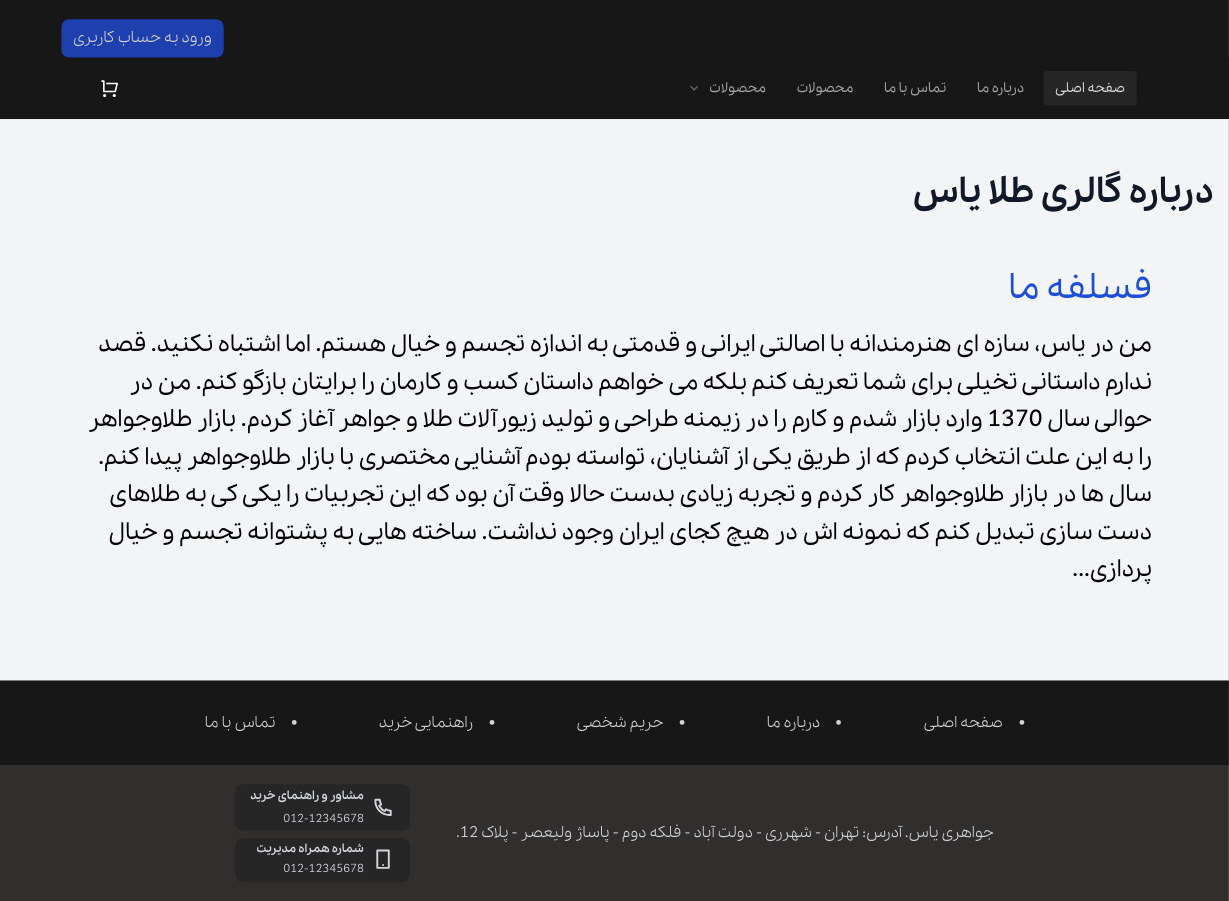
Repository: aliakbarmotallebi/yasgoldgallery-ui
Page: /about
The author's editor kept a copy of each file at every save. The page is drawn from the files as they stood at one save, then again after the next save.
The browser window is 1280 px wide. The pictures show the whole page, at 96% of full size.
The project was rebuilt for these pictures with package versions that can differ from the ones it lists, and the page was loaded fresh each time. Also part of the build but not shown: src/components/Brands.jsx, src/components/GridImages.js, src/components/SpecialComments.jsx, src/components/CardProduct.jsx, src/components/SpecialProducts.jsx, src/components/SuggestedProducts.jsx, src/pages/HomePage.jsx, src/pages/NotFound.jsx and 4 more.

Above is the page before, as saved 2023-01-16 12:15:09.

After the next save:
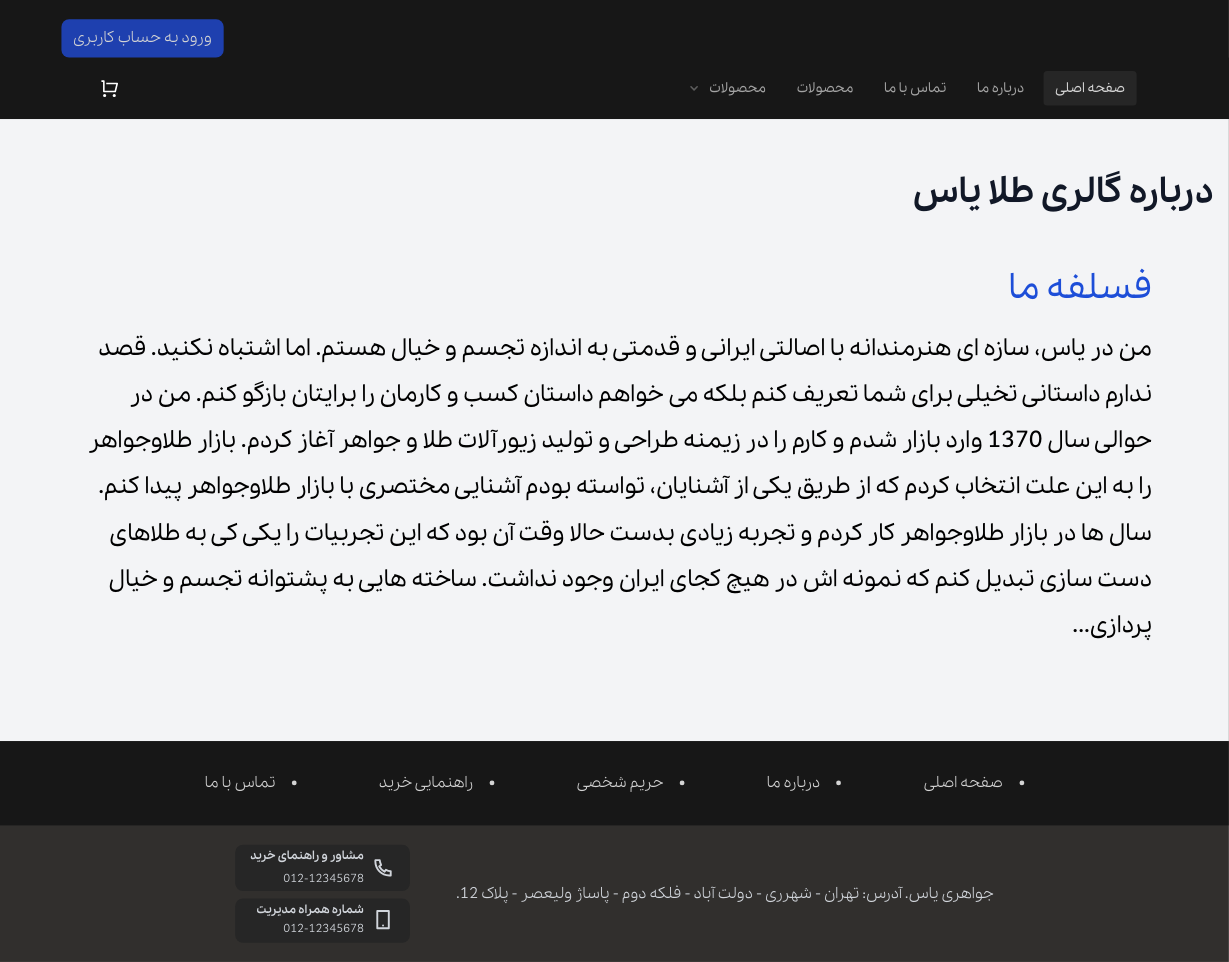
Saved 12 s later.
--- a/src/pages/AboutPage.jsx
+++ b/src/pages/AboutPage.jsx
@@ -8,7 +8,7 @@ const AboutPage = () => {
                      </h2>
                 </div>
 
-                <div className="text-2xl text-black tracking-normal px-16 py-10 font-medium leading-relaxed">
+                <div className="text-2xl text-black tracking-normal px-16 py-10 font-medium leading-loose">
                     <h3 className="font-medium text-4xl py-5 text-blue-700">
                         فسلفه ما
                     </h3>
